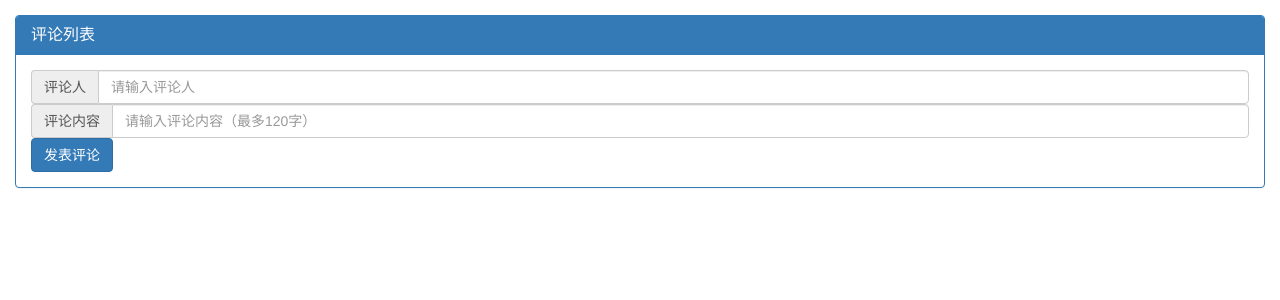
Repository: R1Deemo/ajax
Page: 评论列表.html
An editor plug-in stored every save of this project. The page is shown before and after the next save, followed by the edit.
The browser window is 1280 px wide. The pictures show the whole page.

Above is the page before, as saved 2022-10-26 10:12:51.

After the next save:
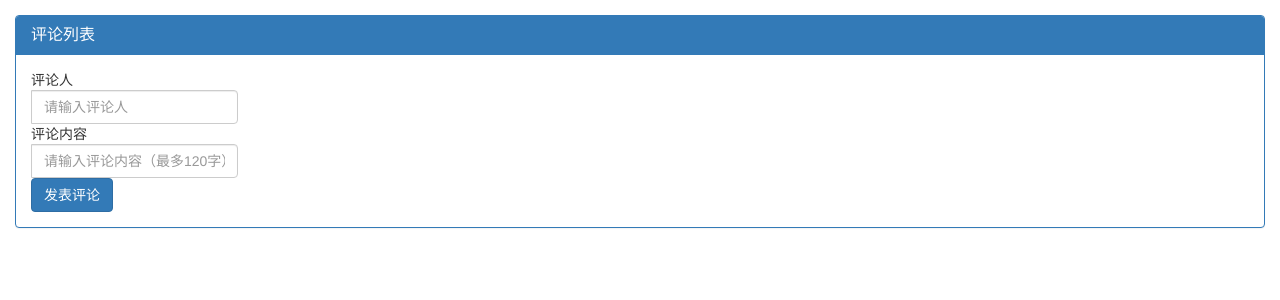
Saved 63 s later.
--- a/评论列表.html
+++ b/评论列表.html
@@ -20,11 +20,11 @@
             <div class="panel-body">
 
                 <div class="input-group">
-                    <div class="input-group-addon">评论人</div>
+                    <div>评论人</div>
                     <input type="text" class="form-control" id="exampleInputAmount" placeholder="请输入评论人">
                 </div>
                 <div class="input-group">
-                    <div class="input-group-addon">评论内容</div>
+                    <div>评论内容</div>
                     <input type="text" class="form-control" id="exampleInputAmount" placeholder="请输入评论内容（最多120字）">
                 </div>
 
